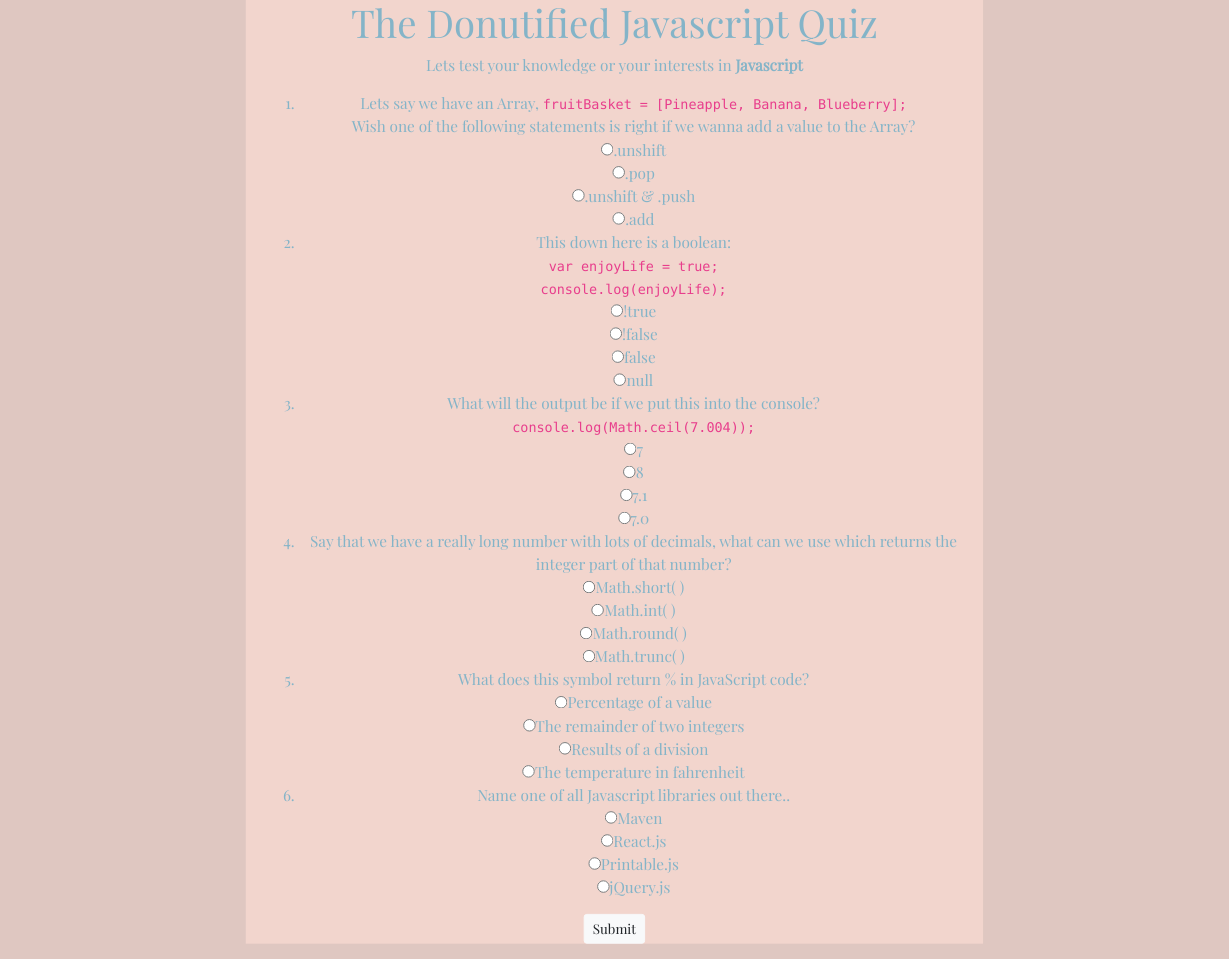
Repository: CharlotteAneriksson/donutQuiz
Page: index.html
The author's editor kept a record of every edit. The page is drawn from the files as they stood at one moment, then again after the next edit.
The browser window is 1280 px wide. The pictures show the whole page, at 96% of full size.

Above is the page before.

After the next edit:
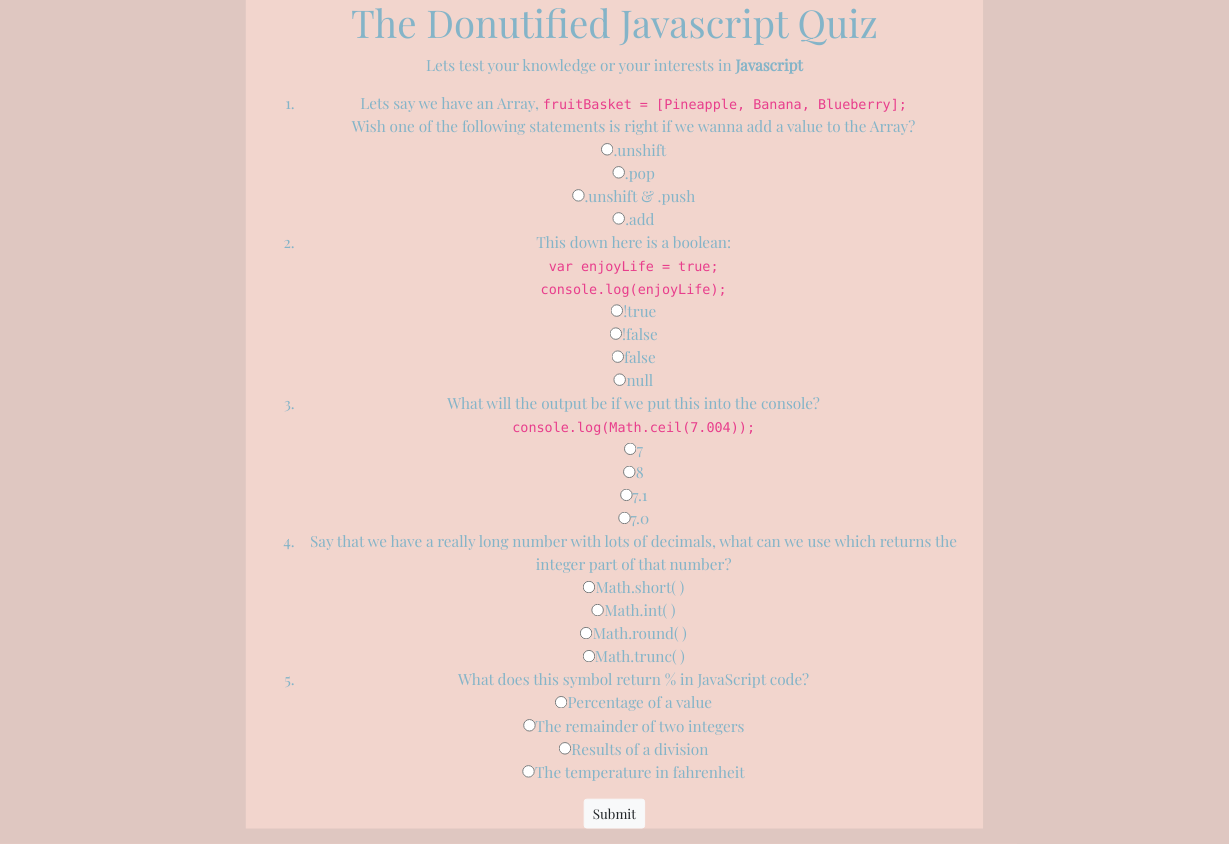
The edit:
--- a/index.html
+++ b/index.html
@@ -65,14 +65,6 @@
                        <input type="radio" id="multiAnswere" name="question4" value="division"/><span></span>Results of a division</span><br />
                        <input type="radio" id="multiAnswere" name="question4" value="fahrenheit"/><span></span>The temperature in fahrenheit</span><br />
                     </li>
-                    <li>
-                        Name one of all Javascript libraries out there..<br />
-
-                        <input type="radio" id="multiAnswere" name="question5" value="maven"/><span></span>Maven</span><br />
-                        <input type="radio" id="multiAnswere" name="question5" value="react"/><span></span>React.js</span><br />
-                        <input type="radio" id="multiAnswere" name="question5" value="printable"/><span></span>Printable.js</span><br />
-                        <input type="radio" id="multiAnswere" name="question5" value="jquery"/><span></span>jQuery.js</span><br />
-                    </li>
                 </ol>
 
                 <button type="button" id="submit" class="btn btn-light btn-sm" onclick="check();">Submit</button>
